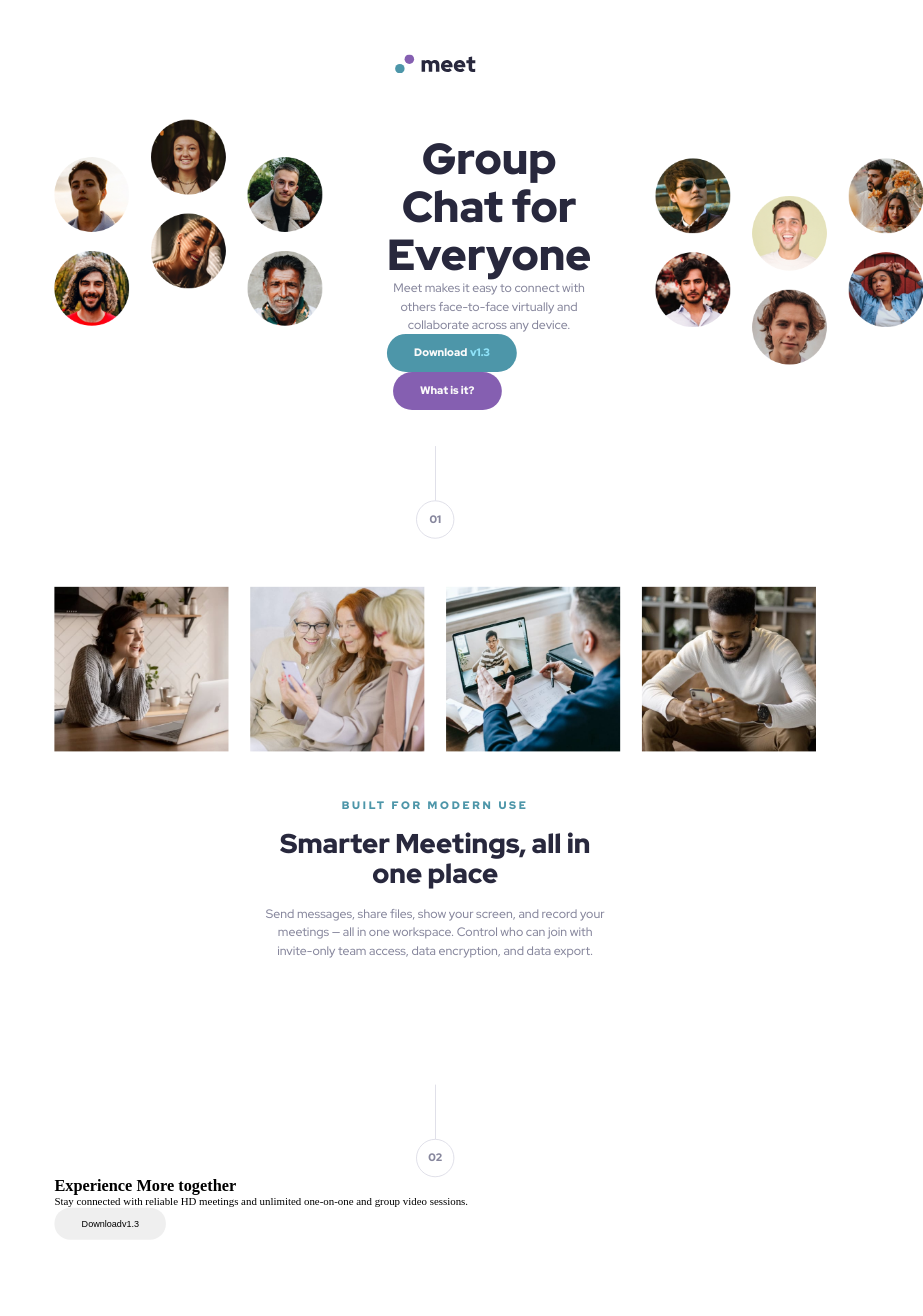
Repository: brandontaylor1/meet-landing-page
Page: index.html
These files come from the project's save history. The page is drawn as it stood at one moment and after the next save; the edit follows.
The browser window is 1280 px wide. The page is 1358 px wide, so the pictures cover 1358 px, including what lies to the right of the window. The pictures show the whole page, at 68% of full size.

Above is the page before, as saved 2025-01-11 22:22:04.

After the next save:
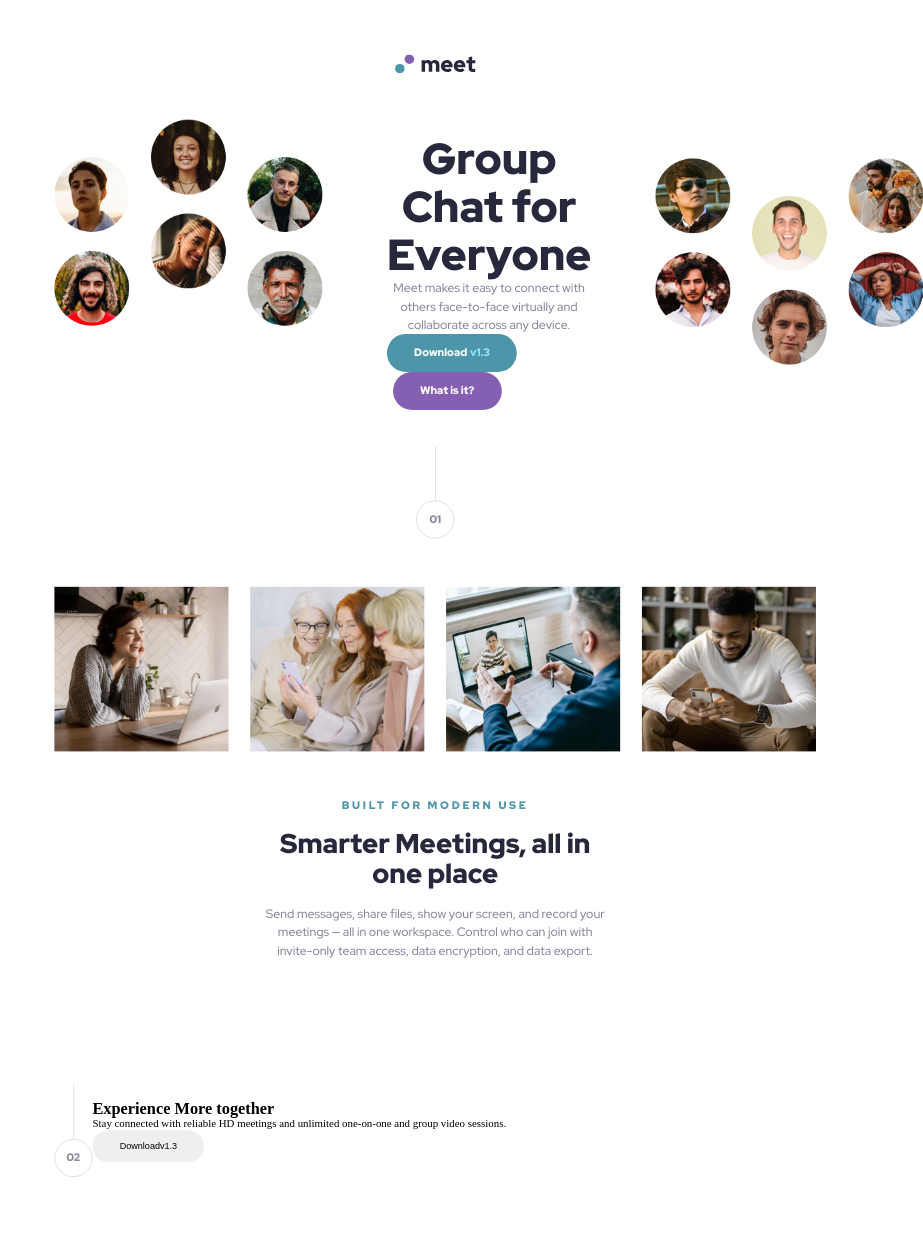
Saved 48 s later.
--- a/styles.css
+++ b/styles.css
@@ -208,4 +208,6 @@
 
 .footer {
     padding: 7rem 5rem;
-}
+    display: flex;
+    align-items: center;
+}

After the save that followed:
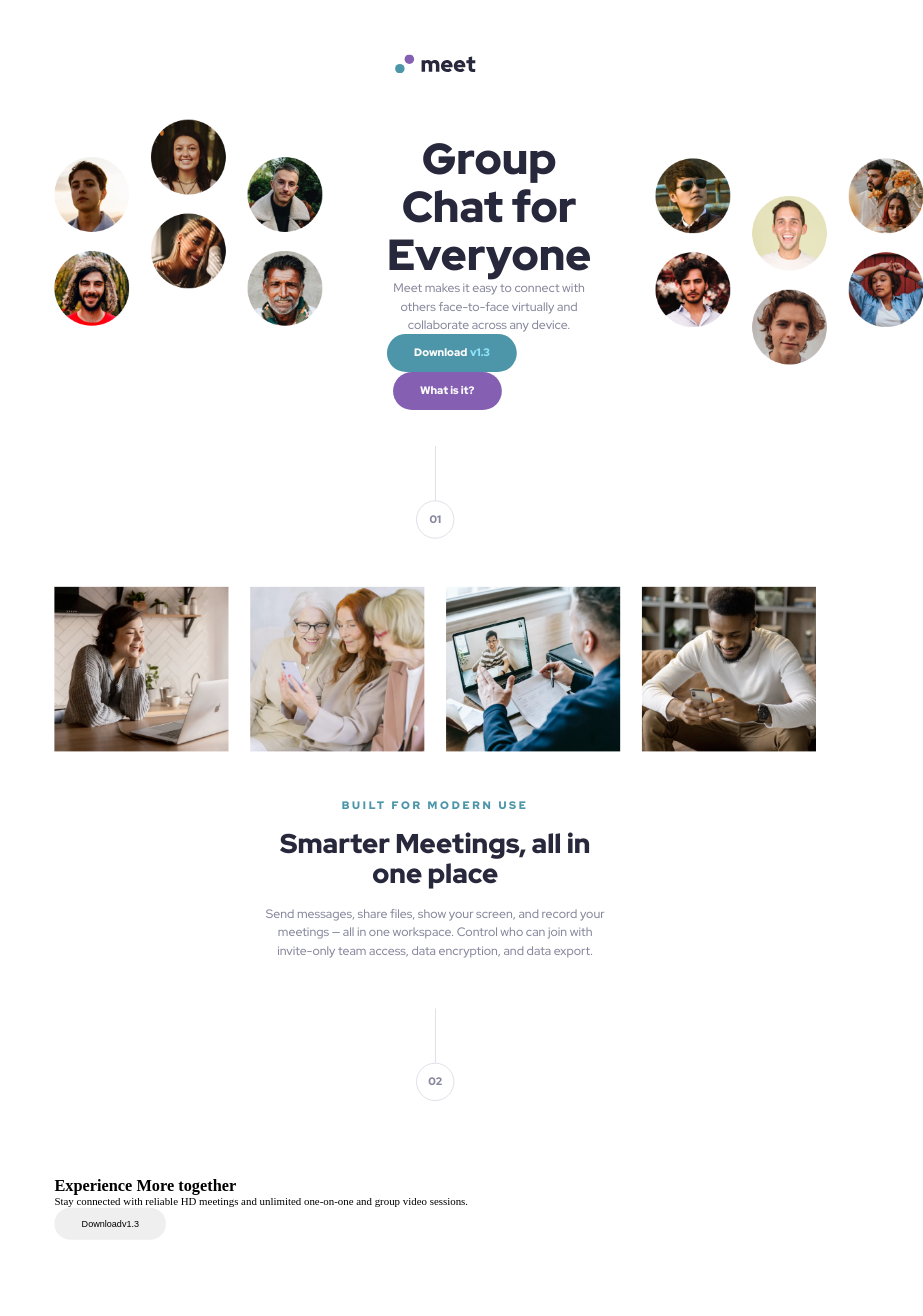
Saved 13 s later.
--- a/index.html
+++ b/index.html
@@ -47,11 +47,11 @@
             </div>
         </div>
     </section>
+    <div class="design-container">
+        <div class="gray-line"></div>
+        <div class="gray-circle">02</div>
+    </div>
     <section class="footer">
-        <div class="design-container">
-            <div class="gray-line"></div>
-            <div class="gray-circle">02</div>
-        </div>
         <div class="footer-grid">
             <h2>Experience More together</h2>
             <p>Stay connected with reliable HD meetings and unlimited one-on-one and group video sessions.</p>
